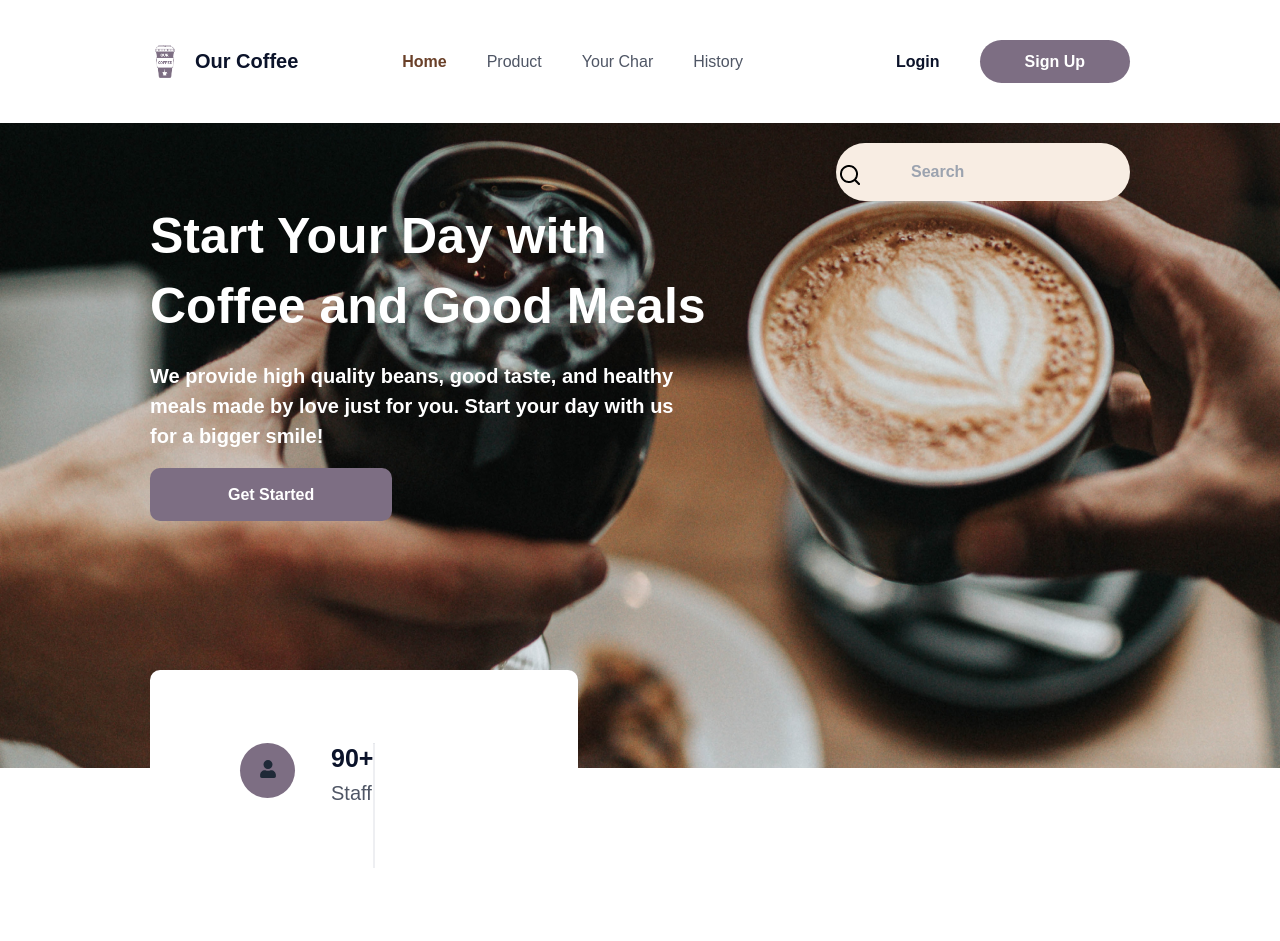
Repository: boykebn/fw12-collab2-FRONTEND
Page: / (app in our/)
The author's editor kept a copy of each file at every save. The page is drawn from the files as they stood at one save, then again after the next save.
The browser window is 1280 px wide. The pictures show the whole page.
The project was rebuilt for these pictures with package versions that can differ from the ones it lists, and the page was loaded fresh each time. The framework's server and built-in components were replaced by stand-ins that run in the browser. Also part of the build but not shown: our/next.config.js.

Above is the page before, as saved 2022-12-30 22:08:51.

### our/pages/_app.js
import '../styles/globals.css'
import { Provider } from 'react-redux'
import {store} from '../redux/store'

export default function App({ Component, pageProps }) {
  return (
  <Provider store={store}>
    <Component {...pageProps} />
  </Provider>
  )
}

### our/pages/index.js
import React from "react";
import Image from "next/image";
import logo from "../assets/logoOurCoffee.png";
import Link from "next/link";
import search from "../assets/search.png";
import profileIcon from "../assets/profile-icon.png";
import { FaUser } from "react-icons/fa";
export default function Home() {
  return (
    <div className="font-rubik">
      <div className="px-[150px] py-[45px] flex items-center">
        <div className="flex flex-1 items-center">
          <Image src={logo} alt="logo" className="w-[30px] h-[33px] mr-[15px]" />
          <span className="text-[#0B132A] text-[20px] font-bold leading-[23px]">Our Coffee</span>
        </div>
        <div className=" text-[#4F5665] text-[16px] mr-[153px]">
          <span className="font-bold text-[#6A4029] mr-[40px]">Home</span>
          <span className="mr-[40px]">Product</span>
          <span className="mr-[40px]">Your Char</span>
          <span>History</span>
        </div>
        <div className="text-[16px] font-[600] leading-[19px]">
          <Link href="#" className="mr-[40px] text-[#0B132A]">
            Login
          </Link>
          <Link href="#" className="text-white border-1 bg-[#7d6e83] py-[13px] px-[45px] rounded-[50px]">
            Sign Up
          </Link>
        </div>
      </div>
      <div className="bg-[url('../assets/background-home.png')] h-[645px] ">
        <div className="px-[150px] flex">
          <div className="pt-[78px] mr-auto">
            <p className="text-white text-[50px] font-bold leading-[70px] w-[570px] mb-[20px]">Start Your Day with Coffee and Good Meals</p>
            <p className="text-white text-[20px] font-bold leading-[30px] w-[555px] mb-[32px]">We provide high quality beans, good taste, and healthy meals made by love just for you. Start your day with us for a bigger smile!</p>
            <Link href="#" className="text-white text-[16px] font-bold border-1 px-[78px] py-[18px] bg-[#7d6e83] rounded-[10px]">
              Get Started
            </Link>
          </div>
          <div className="pt-[20px]">
            <Image src={search} alt="search" className="absolute top-[165px] right-[420px]" />
            <input placeholder="Search" className="focus:outline-none bg-[#f8ede3] py-[17px] pl-[75px] font-[900] rounded-[30px]" />
          </div>
        </div>
      </div>
      <div className="px-[90px] py-[73px] border-1 bg-white absolute left-[150px] top-[670px] rounded-[10px] flex">
        <div className="flex">
          <div className="mr-[36px]">
            <FaUser className="w-[16px] h-[18px] absolute left-[110px] top-[90px]" />
            <div className="border-1 bg-[#7d6e83] w-[55px] h-[55px] rounded-[50%] \"></div>
          </div>
          <div>
            <p className="text-[#0B132A] text-[25px] font-bold leading-[30px] mb-[5px]">90+</p>
            <p className="text-[#4F5665] text-[20px] leading-[30px]">Staff</p>
          </div>
        </div>
        <hr className="bg-[#EEEFF2] w-[2px] h-[125px] mr-[113px]" />
      </div>
    </div>
  );
}

### our/styles/globals.css
@tailwind base;
@tailwind components;
@tailwind utilities;

@import url("https://fonts.googleapis.com/css2?family=Rubik&display=swap");

### our/redux/store.js
import { configureStore } from '@reduxjs/toolkit';
import thunk from 'redux-thunk'
import reducer from './reducers';
import {persistStore} from 'redux-persist'

const store = configureStore({
    reducer,
    middleware: [thunk]
})

const persistor = persistStore(store)

export {store, persistor}

### our/redux/reducers/index.js
import {combineReducers} from '@reduxjs/toolkit';
import {persistReducer} from 'redux-persist'
import storage from 'redux-persist/lib/storage'
import auth from './auth'

const authConfig = {
    key: 'auth',
    storage
}

const reducer = combineReducers({
    auth: persistReducer(authConfig, auth),
})

export default reducer

### our/redux/reducers/auth.js
import {createSlice} from '@reduxjs/toolkit'

const initialState = {
    token: null
}

const authReducer = createSlice({
    name: 'auth',
    initialState,
    reducers: {
        logout: (state, action) => {
            return initialState
        }
    },
    extraReducers: (build) => {
    }
})

export const { logout } = authReducer.actions

export default authReducer.reducer

### our/tailwind.config.js
/** @type {import('tailwindcss').Config} */
module.exports = {
  content: ["./pages/**/*.{js,ts,jsx,tsx}", "./components/**/*.{js,ts,jsx,tsx}"],
  theme: {
    extend: {
      fontFamily: {
        rubik: ["Rubik", "sans-serif"],
      },
    },
  },
  plugins: [require("daisyui")],
};

After the next save:
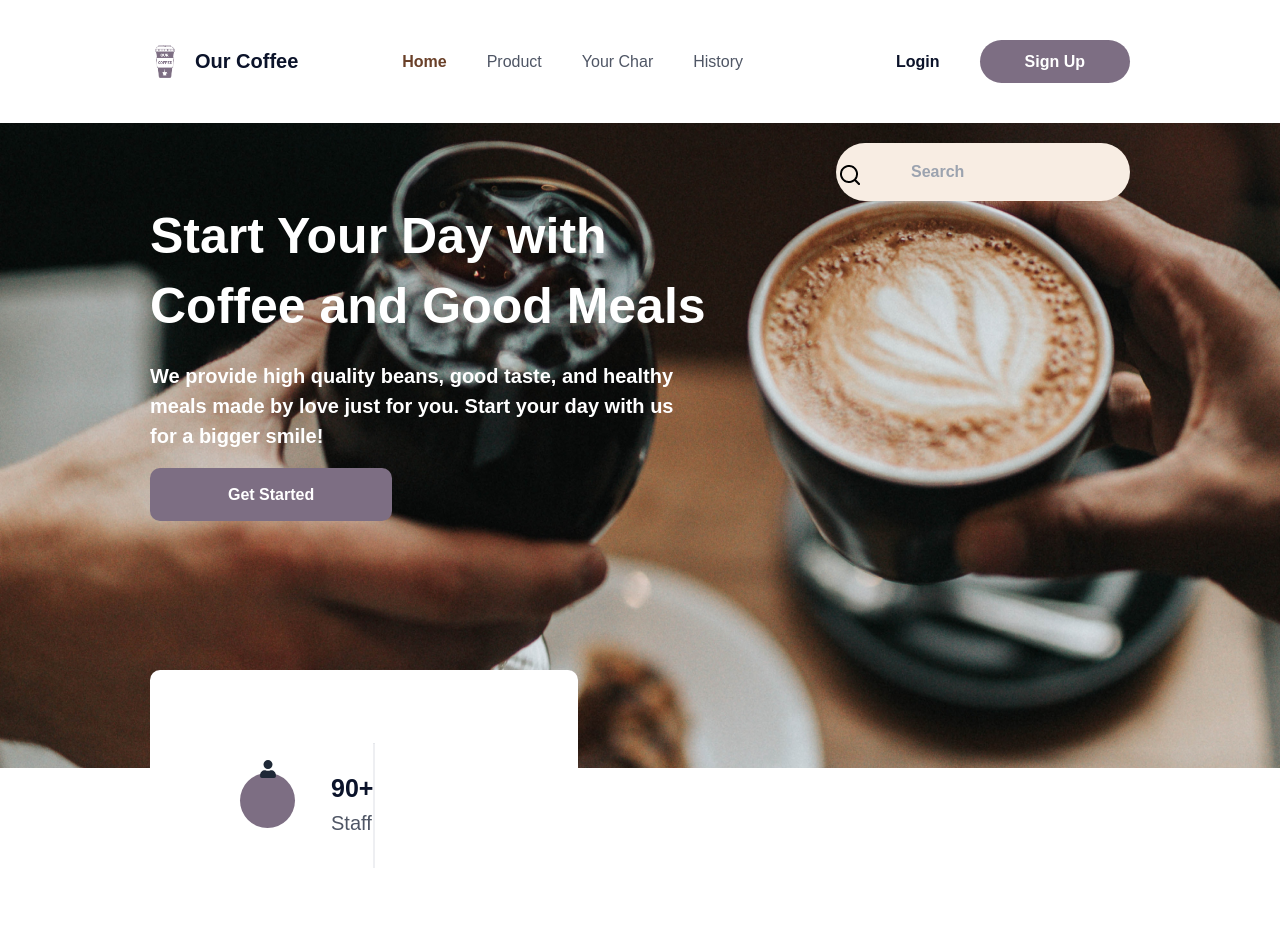
Saved 12 s later.
--- a/our/pages/index.js
+++ b/our/pages/index.js
@@ -43,7 +43,7 @@ export default function Home() {
           </div>
         </div>
       </div>
-      <div className="px-[90px] py-[73px] border-1 bg-white absolute left-[150px] top-[670px] rounded-[10px] flex">
+      <div className="px-[90px] py-[73px] border-1 bg-white absolute left-[150px] top-[670px] rounded-[10px] flex items-center">
         <div className="flex">
           <div className="mr-[36px]">
             <FaUser className="w-[16px] h-[18px] absolute left-[110px] top-[90px]" />
